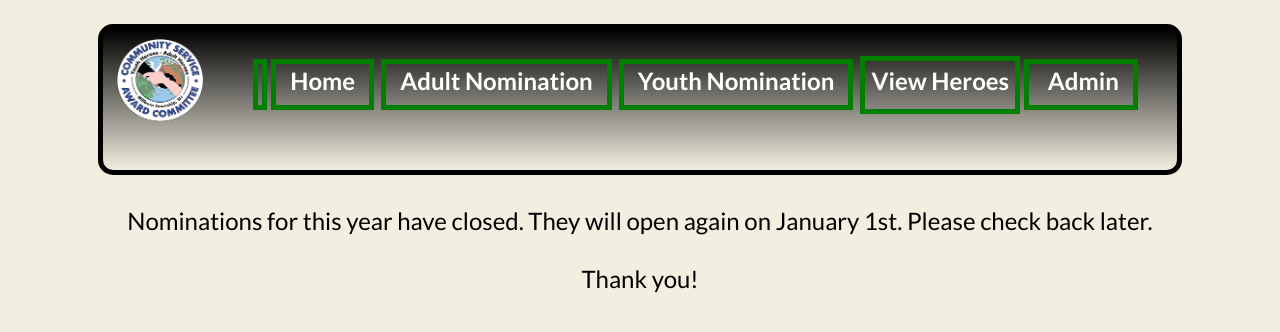
Repository: Centrattic/Young-Heroes-Website
Page: http://localhost/Frontend/nomination.php
An editor plug-in stored every save of this project. The page is shown before and after the next save, followed by the edit.
The browser window is 1280 px wide. The pictures show the whole page.
The page is run by PHP 8.4 with error messages shown; the project is at /var/www/html/. Queries for data that is not in the repository find no rows.

Above is the page before, as saved 2020-12-10 14:09:15.

After the next save:
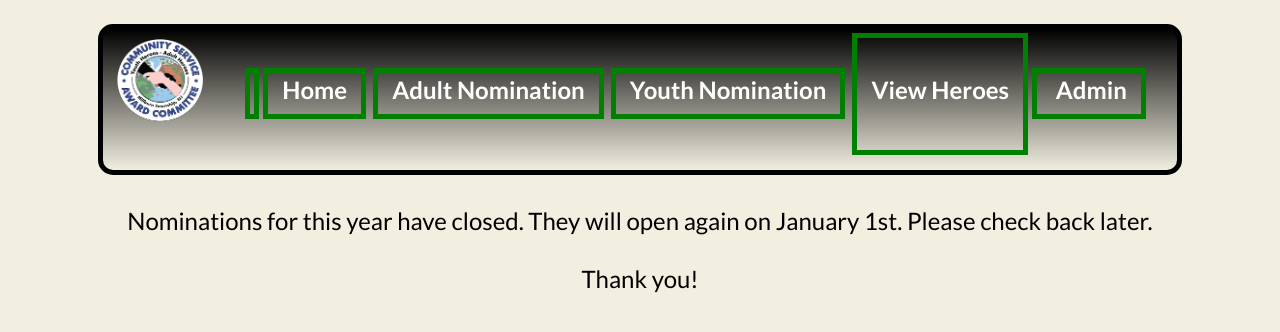
Saved 17 s later.
--- a/Eagle Project/CSS/navbar.css
+++ b/Eagle Project/CSS/navbar.css
@@ -17,7 +17,7 @@
     border: 5px solid green;
 }
 
-.menu-area .non-dropdown a{
+.menu-area .non-dropdown a, .menu-area a{
     display: inline-block;
     padding: 30px 10px;
     text-decoration: none;

After the 2 saves that followed:
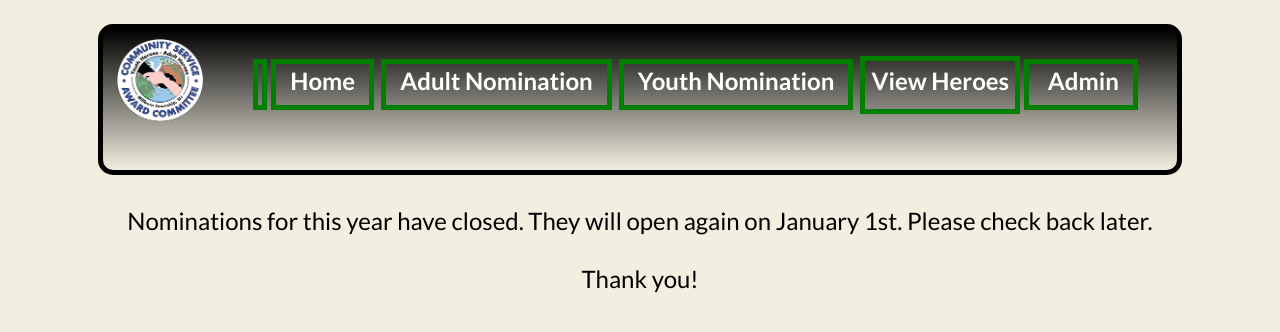
The 2 saves are shown as one change because they came seconds apart.
The last was saved 23 s later.
--- a/Eagle Project/CSS/navbar.css
+++ b/Eagle Project/CSS/navbar.css
@@ -17,13 +17,17 @@
     border: 5px solid green;
 }
 
-.menu-area .non-dropdown a, .menu-area a{
+.menu-area .non-dropdown a{
     display: inline-block;
     padding: 30px 10px;
     text-decoration: none;
     color: white;
     box-sizing: border-box;
 
+}
+
+.menu-area a {
+    text-decoration: none;
 }
 
 .menu-area .nav-dropdown .dropdown-content li a{
